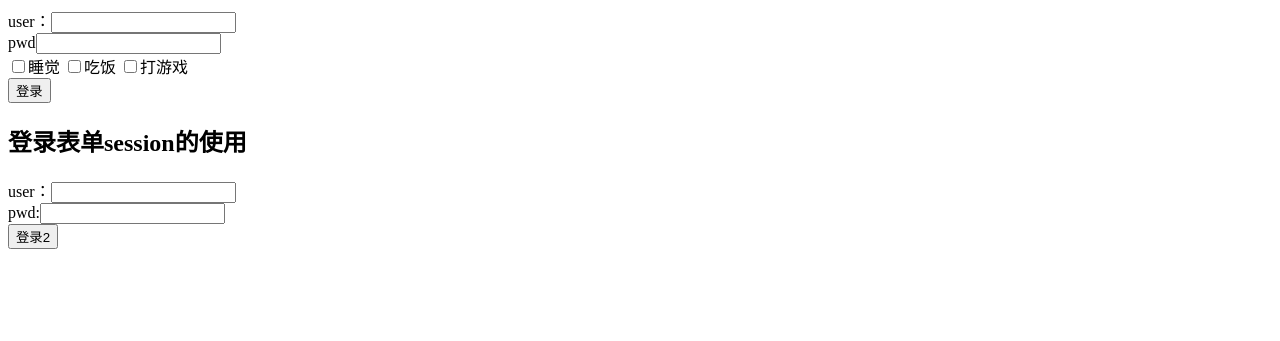
Repository: 0qiqi0/DOM-CSS-JS-JSP-study
Page: http://localhost/JSP2_02_inner_obj/request.jsp
The author's editor kept a copy of each file at every save. The page is drawn from the files as they stood at one save, then again after the next save.
The browser window is 1280 px wide. The pictures show the whole page.
The page is served by Tomcat 9.

Above is the page before, as saved 2016-01-29 12:35:37.

### JSP2_02_inner_obj/WebContent/request.jsp
<%@ page language="java" contentType="text/html; charset=UTF-8"
    pageEncoding="UTF-8"%>
<!DOCTYPE html PUBLIC "-//W3C//DTD HTML 4.01 Transitional//EN" "http://www.w3.org/TR/html4/loose.dtd">
<html>
<head>
<meta http-equiv="Content-Type" content="text/html; charset=UTF-8">
<title>Insert title here</title>
</head>
<body>
	<form action="request_receive.jsp" method="post" >
		user：<input type="text" name="user"/><br/>
		pwd<input type="password" name="pwd"/><br/>
		<input type="checkbox" name="likes" value="睡觉">睡觉
		<input type="checkbox" name="likes" value="吃饭">吃饭
		<input type="checkbox" name="likes" value="打游戏">打游戏<br/>



		<input type="submit" value="登录"/><br/>
	</form>
	<h2>登录表单session的使用</h2>
	<form action="session.jsp" method="post" >
		user：<input type="text" name="name"/><br/>
		pwd:<input type="password" name="pwd"/><br/>




		<input type="submit" value="登录2"/><br/>
	</form>
</body>
</html>

After the next save:
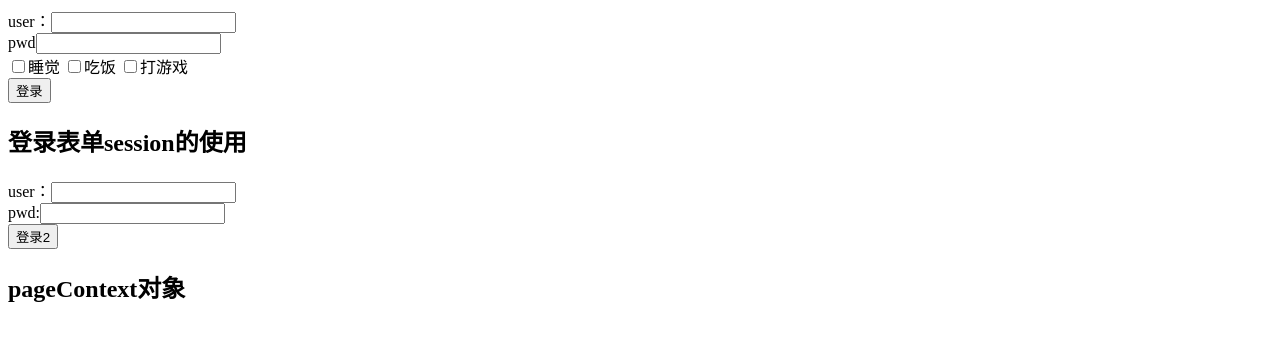
Saved 15 min 43 s later.
--- a/JSP2_02_inner_obj/WebContent/request.jsp
+++ b/JSP2_02_inner_obj/WebContent/request.jsp
@@ -22,11 +22,15 @@
 	<form action="session.jsp" method="post" >
 		user：<input type="text" name="name"/><br/>
 		pwd:<input type="password" name="pwd"/><br/>
-
-
-
-
 		<input type="submit" value="登录2"/><br/>
 	</form>
+
+	<h2>pageContext对象</h2>
+	<%
+		//通过pageContext上下文对象获取当前页面的其他内置对象
+		pageContext.getRequest();
+		pageContext.getOut();
+		String path=request.getContextPath();
+	%>
 </body>
 </html>
